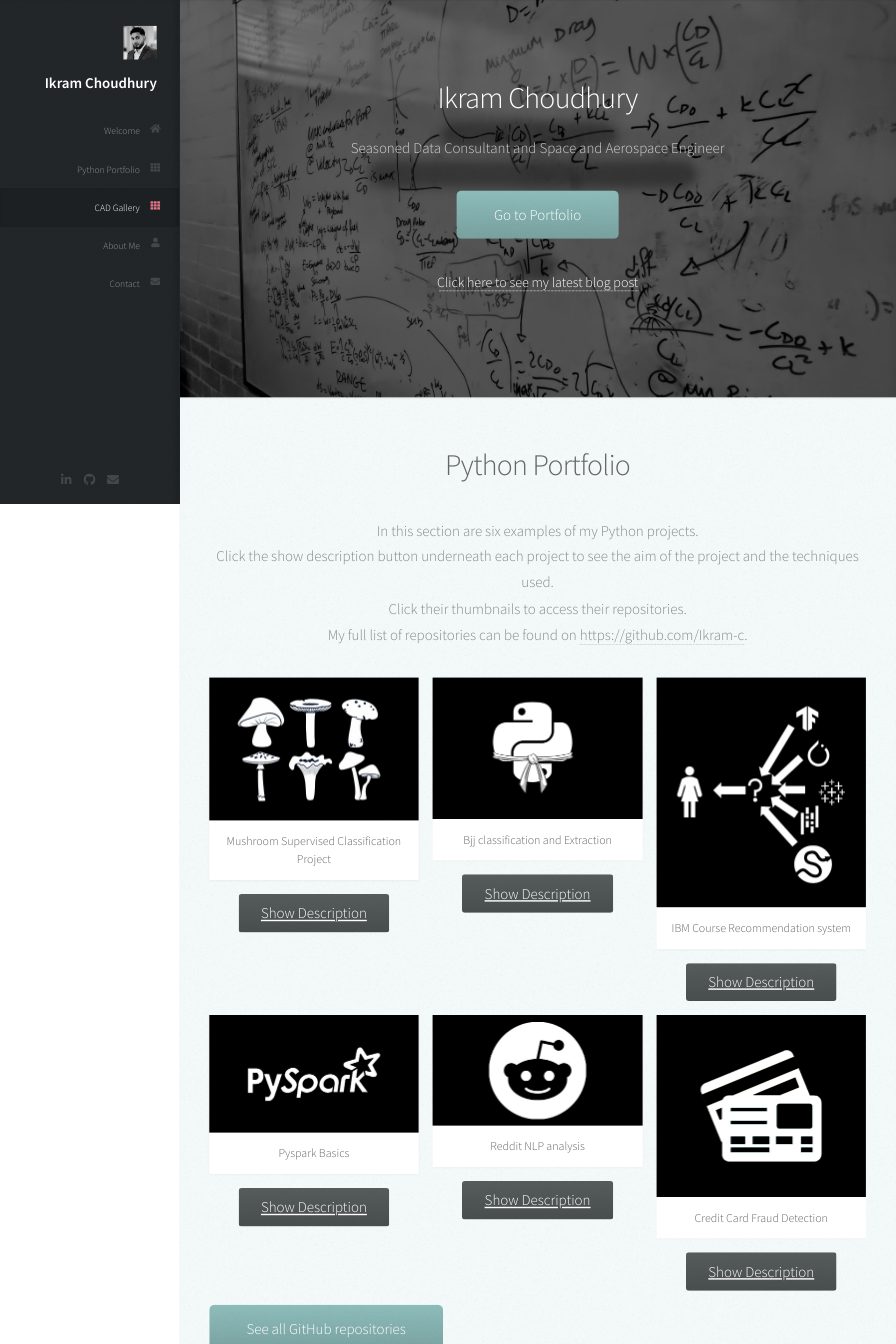
Repository: Ikram-c/ikram-c.github.io
Page: index.html
An editor plug-in stored every save of this project. The page is shown before and after the next save, followed by the edit.
The browser window is 1280 px wide. The pictures show the part of the page from y = 0 to 1920 px (the page is 4789 px tall before and 4777 px after), at 70% of full size.

Above is the page before, as saved 2023-08-18 13:57:08.

### index.html
<!DOCTYPE HTML>
<!--
	Prologue by HTML5 UP
	html5up.net | @ajlkn
	Free for personal and commercial use under the CCA 3.0 license (html5up.net/license)
-->
<html>
	<head>
		<title>Ikram_c Portfolio</title>
		<meta charset="utf-8" />
		<meta name="viewport" content="width=device-width, initial-scale=1, user-scalable=no" />
		<link rel="stylesheet" href="assets/css/main.css" />

		<style>
		  .hidden {
			display: none;
		  }

		  .arrow {
			cursor: pointer;

			text-decoration: underline;
		  }
		</style>
	  </head>

	<body class="is-preload">

		<!-- Header -->
			<div id="header">

				<div class="top">

					<!-- Logo -->
						<div id="logo">
							<span class="image avatar48"><img src="images/avatar.jpg" alt="" /></span>
							<h1 id="title">Ikram Choudhury</h1>
							<p></p>
						</div>

					<!-- Nav -->
						<nav id="nav">
							<ul>
								<li><a href="#top" id="top-link"><span class="icon solid fa-home">Welcome</span></a></li>
								<li><a href="#Python_portfolio" id="Python_portfolio-link"><span class="icon solid fa-th">Python Portfolio</span></a></li>
								<li><a href="#CAD" id="CAD-link"><span class="icon solid fa-th">CAD Gallery</span></a></li>
								<li><a href="#about" id="about-link"><span class="icon solid fa-user">About Me</span></a></li>
								<li><a href="#contact" id="contact-link"><span class="icon solid fa-envelope">Contact</span></a></li>
							</ul>
						</nav>

				</div>

				<div class="bottom">

					<!-- Social Icons -->
						<ul class="icons">
							<li><a href="#" class="icon brands fa-linkedin-in"><span class="label">Facebook</span></a></li>
							<li><a href="#" class="icon brands fa-github"><span class="label">Github</span></a></li>
							<li><a href="#" class="icon solid fa-envelope"><span class="label">Email</span></a></li>
						</ul>

				</div>

			</div>

		<!-- Main -->
			<div id="main">

				<!-- Intro -->
					<section id="top" class="one dark cover">
						<div class="container">

							<header>
								<h2 class="alt"><strong>Ikram Choudhury</strong><br />
								</a></h2>
								<p>Seasoned Data Consultant and Space and Aerospace Engineer<a>
							</header>

							<footer>
								<a href="#portfolio" class="button scrolly">Go to Portfolio</a>

							</footer>

							<footer>
								<p style="font-size: 20px; margin-top: 10px;"><a href="https://medium.com/@ikramchoudhury0/a-vision-for-a-better-price-an-overview-on-my-journey-into-computer-vision-c8e563b1da7c" target="_blank">Click here to see my latest blog post</a></p>
							</footer>

						</div>
					</section>



				<!--Python Portfolio -->
					<section id="Python_portfolio" class="two">
						<div class="container">
							<header>
								<h2>Python Portfolio</h2>
							</header>
							<p>
								In this section are six examples of my Python projects.<br>
								Click the show description button underneath each project to see the aim of the project and the techniques used.<br>
								Click their thumbnails to access their repositories.<br>
								My full list of repositories can be found on <a href="https://github.com/Ikram-c">https://github.com/Ikram-c</a>.
							</p>
						<div class="row">
							<!-- Project 1 -->
							<div class="col-4 col-12-mobile">
								<article class="item">
									<a href="https://github.com/Ikram-c/mushroom_classification_IBM" class="image fit">
										<img src="images/pic02.jpg" alt="" />
									</a>
									<header>
										<h3>Mushroom Supervised Classification Project</h3>
										<div class="description hidden" style="text-align: left; padding-left: 30px; padding-right: 50px;">
											<p>Aim: Binary Classification (Supervised learning)</p>
											<p style="margin-top: 0; margin-bottom: 2.5px;">Techniques used:</p>
											<!-- <ul style="margin-top: 5px; margin-bottom: 10px; padding-left: 100px; padding-right: 120px;"> -->
														<li>EDA</li>
														<li>Encoding</li>
														<li>Logistic Regression</li>
														<li>KNeighbors</li>
														<li>Decision Tree</li>
											<!-- </ul> -->
											<p>(Part of the IBM ML certification)</p>
										</div>
									</header>
								</article>
								<a class="description-button arrow" onclick="toggleDescription(this)">Show Description</a>
							</div>

							<div class="col-4 col-12-mobile">
							<article class="item">
								<a href="https://github.com/Ikram-c/bjj_classification_and_extraction" class="image fit"><img src="images/pic03.jpg" alt="" /></a>
								<header>
									<h3>Bjj classification and Extraction</h3>
									<div class="description hidden" style="text-align: left; padding-left: 30px; padding-right: 50px;">
										<p style="text-align: center;">Aim: ETL and analyse webscraped data via user inputs</p>
										<p style="margin-top: 0; margin-bottom: 2.5px;">Techniques used:</p>
										<!-- <ul style="margin-top: 5px; margin-bottom: 10px; padding-left: 100px; padding-right: 120px;"> -->
													<li>webscraping (Selenium and BeautifulSoup)</li>
													<li>user inputs</li>
													<li>data cleaning (basic string replace)</li>
													<li>EDA</li>
													<li>Encoding</li>
													<li>Logistic Regression</li>
													<li>KNeighbors</li>
													<li>Decision Tree</li>
													<li>Naive bayes</li>
													<li>Support Vector Machine</li>
													<li>Random Forest Classifier</li>
													<li>F1 score</li>
										<!-- </ul> -->
									</div>
								</header>
							</article>
							<a class="description-button arrow" onclick="toggleDescription(this)">Show Description</a>
						</div>

							<div class="col-4 col-12-mobile">
							<article class="item">
								<a href="https://github.com/Ikram-c/course_recommendor/blob/main/README.md" class="image fit"><img src="images/pic04.jpg" alt="" /></a>
								<header>
								<h3>IBM Course Recommendation system</h3>
								<div class="description hidden" style="text-align: left; padding-left: 30px; padding-right: 50px;">
									<p style="text-align: center;">Aim: Assess several ML techniques for a reccomendation system</p>
									<p style="margin-top: 0; margin-bottom: 2.5px;">Techniques used:</p>
									<!-- <ul style="margin-top: 5px; margin-bottom: 10px; padding-left: 100px; padding-right: 120px;"> -->
												<li>EDA</li>
												<li>similarity vectors</li>
												<li>Bag of Words</li>
												<li>similarity matrices</li>
												<li>Clustering and PCA</li>
												<li>KNN</li>
												<li>NMF</li>
												<li>Tensor flow Neural Networks (embeddings)</li>
												<li>Silhoette Score</li>
												<li>F1 score</li>
									<!-- </ul> -->
									<p>(Part of the IBM ML certification)</p>
								</div>
							</header>
						</article>
						<a class="description-button arrow" onclick="toggleDescription(this)">Show Description</a>
					</div>

						<div class="row">
							<div class="col-4 col-12-mobile">
							<article class="item">
								<a href="https://github.com/Ikram-c/Pyspark-Basics" class="image fit"><img src="images/pic05.jpg" alt="" /></a>
								<header>
								<h3>Pyspark Basics</h3>
								<div class="description hidden" style="text-align: left; padding-left: 30px; padding-right: 50px;">
									<p style="text-align: center;">Aim: Use Pyspark for data wrangling and Elastic Net</p>
									<p style="margin-top: 0; margin-bottom: 2.5px;">Techniques used:</p>
									<!-- <ul style="margin-top: 5px; margin-bottom: 10px; padding-left: 100px; padding-right: 120px;"> -->
												<li>Apache Spark</li>
												<li>EDA</li>
												<li>Data Wrangling</li>
												<li>SQL</li>
												<li>Vector Assembler</li>
												<li>Standardization</li>
												<li>Elastic Net</li>
									<!-- </ul> -->
								</div>
							</header>
						</article>
						<a class="description-button arrow" onclick="toggleDescription(this)">Show Description</a>
					</div>

							<div class="col-4 col-12-mobile">
							<article class="item">
								<a href="https://github.com/Ikram-c/reddit_nlp_analysis" class="image fit"><img src="images/pic06.jpg" alt="" /></a>
								<header>
									<h3>Reddit NLP analysis</h3>
									<div class="description hidden" style="text-align: left; padding-left: 30px; padding-right: 50px;">
										<p style="text-align: center;">Aim: ETL data using APIs to analyse using NLP and output to Tableau dashboard </p>
										<p style="margin-top: 0; margin-bottom: 2.5px;">Techniques used:</p>
										<!-- <ul style="margin-top: 5px; margin-bottom: 10px; padding-left: 100px; padding-right: 120px;"> -->
													<li>APIs</li>
													<li>EDA</li>
													<li>Data Wrangling and cleaning</li>
													<li>Encoding</li>
													<li>NLP sentiment analysis (using nltk)</li>
													<li>Spacy</li>
													<li>Data Wrangling</li>
										<!-- </ul> -->
										<p>(Note: This notebook uses data from my "Bjj classification and Extraction" project)</p>
									</div>
								</header>
							</article>
							<a class="description-button arrow" onclick="toggleDescription(this)">Show Description</a>
						</div>

							<div class="col-4 col-12-mobile">
							<article class="item">
								<a href="https://github.com/Ikram-c/credit_card_fraud_detection_deep_learning_IBM_project" class="image fit"><img src="images/pic07.jpg" alt="" /></a>
								<header>
								<h3>Credit Card Fraud Detection</h3>
								<div class="description hidden" style="text-align: left; padding-left: 30px; padding-right: 50px;">
									<p style="text-align: center;">Aim: Use Deep Learning to classify an imbalanced dataset</p>
									<p style="margin-top: 0; margin-bottom: 2.5px;">Techniques used:</p>
									<!-- <ul style="margin-top: 5px; margin-bottom: 10px; padding-left: 100px; padding-right: 120px;"> -->
												<li>EDA</li>
												<li>Anderson-Darling test</li>
												<li>Shapiro-Wilk test</li>
												<li>D'Agostino's K^2 test</li>
												<li>MinMax, Standard and Log_10 scaler</li>
												<li>T-SNE</li>
												<li>Hyperparameter Tuning</li>
												<li>Tensorflow Neural Networks (Autoencoder)</li>
												<li>Logistic Regression</li>
												<li>KNeighbors</li>
												<li>Decision Tree</li>
												<li>F1 score</li>
									<!-- </ul> -->
									<p>(Part of the IBM ML certification)</p>
								</div>
							</header>
						</article>
						<a class="description-button arrow" onclick="toggleDescription(this)">Show Description</a>
					</div>
						</div>
						<div class="row">
							<div class="col-12" style="text-align:center;">
								<a href="https://github.com/Ikram-c" class="button special">See all GitHub repositories</a>
							</div>
						</div>
						</div>

					<script>
						function toggleDescription(arrow) {
							const article = arrow.parentElement;
							const description = article.querySelector('.description');
							const showText = 'Show Description';
							const hideText = 'Hide Description';
							const isHidden = description.classList.contains('hidden');

							description.classList.toggle('hidden');
							arrow.textContent = isHidden ? hideText : showText;

							if (isHidden) {
								arrow.classList.add('active');
							} else {
								arrow.classList.remove('active');
							}
						}
					</script>


					</div>
					</section>

				<!-- CAD Portfolio -->
				<section id="CAD" class="three">
					<div class="container">
						<header>
							<h2>CAD Gallery</h2>
						</header>
						<p>
							Explore 12 CAD projects in the gallery below, Click thumbnails for full renders and descriptions.<br>
							These 3D models were crafted in SOLIDWORKS, Fusion360, Inventor or Cinema4d and rendered in Fusion360, Blender or Cinema4d<br>
							(Adjust your screen for full image view, and scroll for more).<br>
						</p>
						<div style="height: 800px;">
							<iframe src="https://ikram-c.github.io/cad_gallery/" width="100%" height="100%" frameborder="0"></iframe>
						</div>
						<p>
							*Note: "M-UAV MODEL" is 3D printed from Fusion360 and "CRANK ANALYSIS" is an FEA screenshot from a SOLIDWORKS model
						</p>
					</div>
				</section>



				<!-- About Me -->
					<section id="about" class="four">
						<div class="container">

							<header>
								<h2>About Me</h2>
							</header>

							<a href="#" class="image featured"><img src="images/pic08.jpg" alt="" /></a>

							<p>Hi, my name is Ikram, a seasoned Data Consultant and Space and Aerospace Engineer.
								<br> I hold a Master's degree in Space Engineering from the University of Surrey and a Bachelor's degree in Aerospace Engineering from Brunel University.
								<br> My professional pursuits and interests are deeply rooted in Machine Learning, Data Science, and CAD.
								<br> In my spare time I train as a Brazilian jiu-jitsu practitioner at 10th Planet London.
								<br>
							</p>
							<p>
								I welcome any potential collaborations, project ideas, or just the opportunity to connect. <br>
								Please feel free to contact me through LinkedIn or email, accessible via the contact section on this platform.
							</p>

						</div>
</section>

<!-- Contact -->
<section id="contact" class="four">
	<div class="container">

		<header>
			<h2>Contact</h2>
		</header>

		<p>Thank you for your time and consideration of my portfolio <b>
			I hope to hear from you soon
		</b>
		</p>


		<div class="button-container">
			<a href="https://www.linkedin.com/in/ikram-choudhury-7731921a3/" class="button primary" target="_blank">LinkedIn</a>
			<a href="mailto:ikramchoudhury0@gmail.com" class="button" target="_blank">Email</a>
		</div>

	</div>
</section>


			</div>

		<!-- Footer -->
			<div id="footer">

				<!-- Copyright -->
					<ul class="copyright">
						<li>&copy; Untitled. All rights reserved.</li><li>Design: <a href="http://html5up.net">HTML5 UP</a></li>
					</ul>

			</div>

		<!-- Scripts -->
			<script src="assets/js/jquery.min.js"></script>
			<script src="assets/js/jquery.scrolly.min.js"></script>
			<script src="assets/js/jquery.scrollex.min.js"></script>
			<script src="assets/js/browser.min.js"></script>
			<script src="assets/js/breakpoints.min.js"></script>
			<script src="assets/js/util.js"></script>
			<script src="assets/js/main.js"></script>

	</body>
</html>

Loaded but not shown: assets/css/fontawesome-all.min.css (library); assets/js/jquery.min.js (library); assets/js/jquery.scrolly.min.js (common file); assets/js/jquery.scrollex.min.js (common file); assets/js/browser.min.js (common file); assets/js/breakpoints.min.js (common file); assets/js/util.js (587 lines, source omitted); assets/js/main.js (123 lines, source omitted); assets/css/main.css (2672 lines, source omitted)

After the next save:
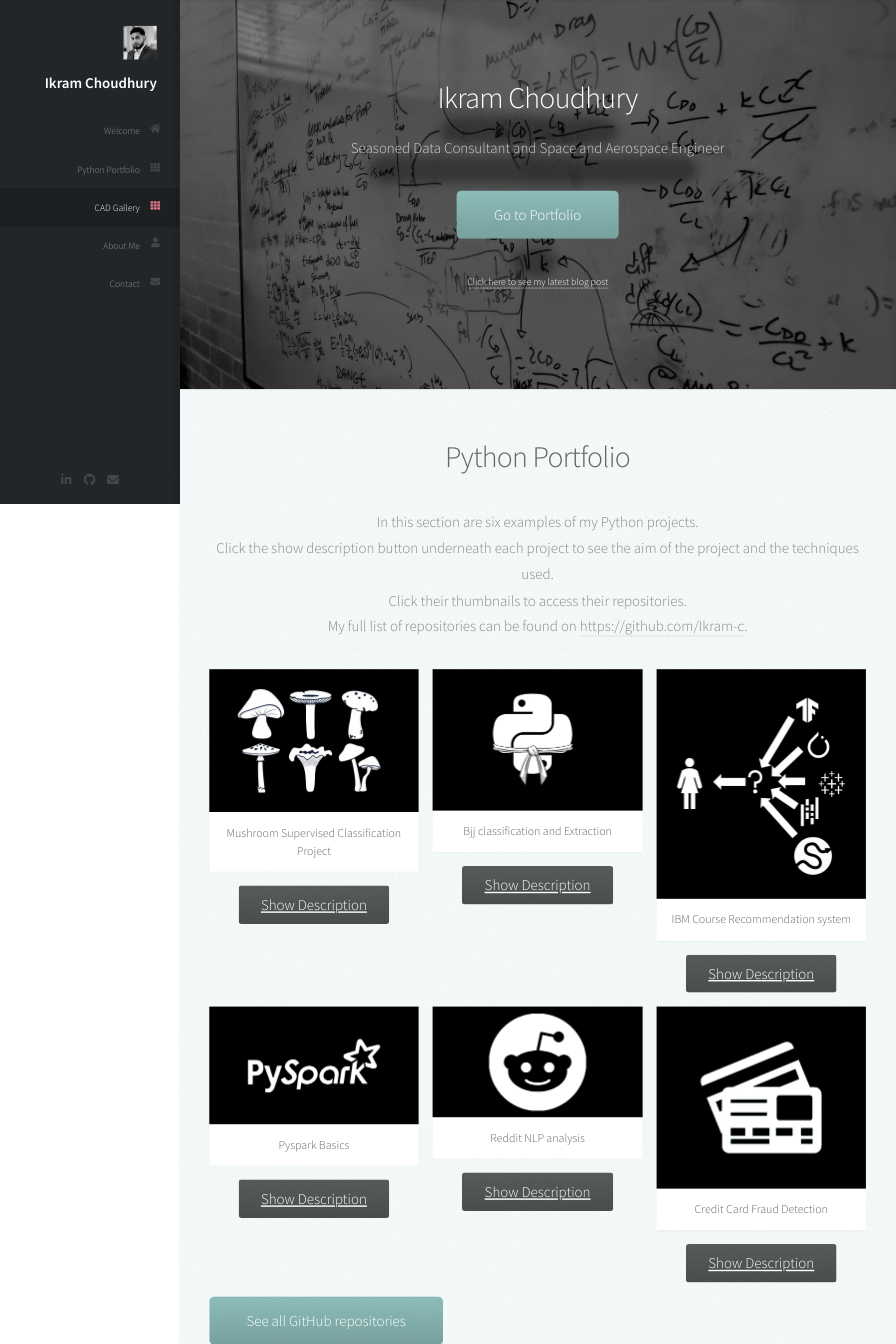
Saved 15 s later.
--- a/index.html
+++ b/index.html
@@ -83,7 +83,7 @@
 							</footer>
 
 							<footer>
-								<p style="font-size: 20px; margin-top: 10px;"><a href="https://medium.com/@ikramchoudhury0/a-vision-for-a-better-price-an-overview-on-my-journey-into-computer-vision-c8e563b1da7c" target="_blank">Click here to see my latest blog post</a></p>
+								<p style="font-size: 14px; margin-top: 10px;"><a href="https://medium.com/@ikramchoudhury0/a-vision-for-a-better-price-an-overview-on-my-journey-into-computer-vision-c8e563b1da7c" target="_blank">Click here to see my latest blog post</a></p>
 							</footer>
 
 						</div>
